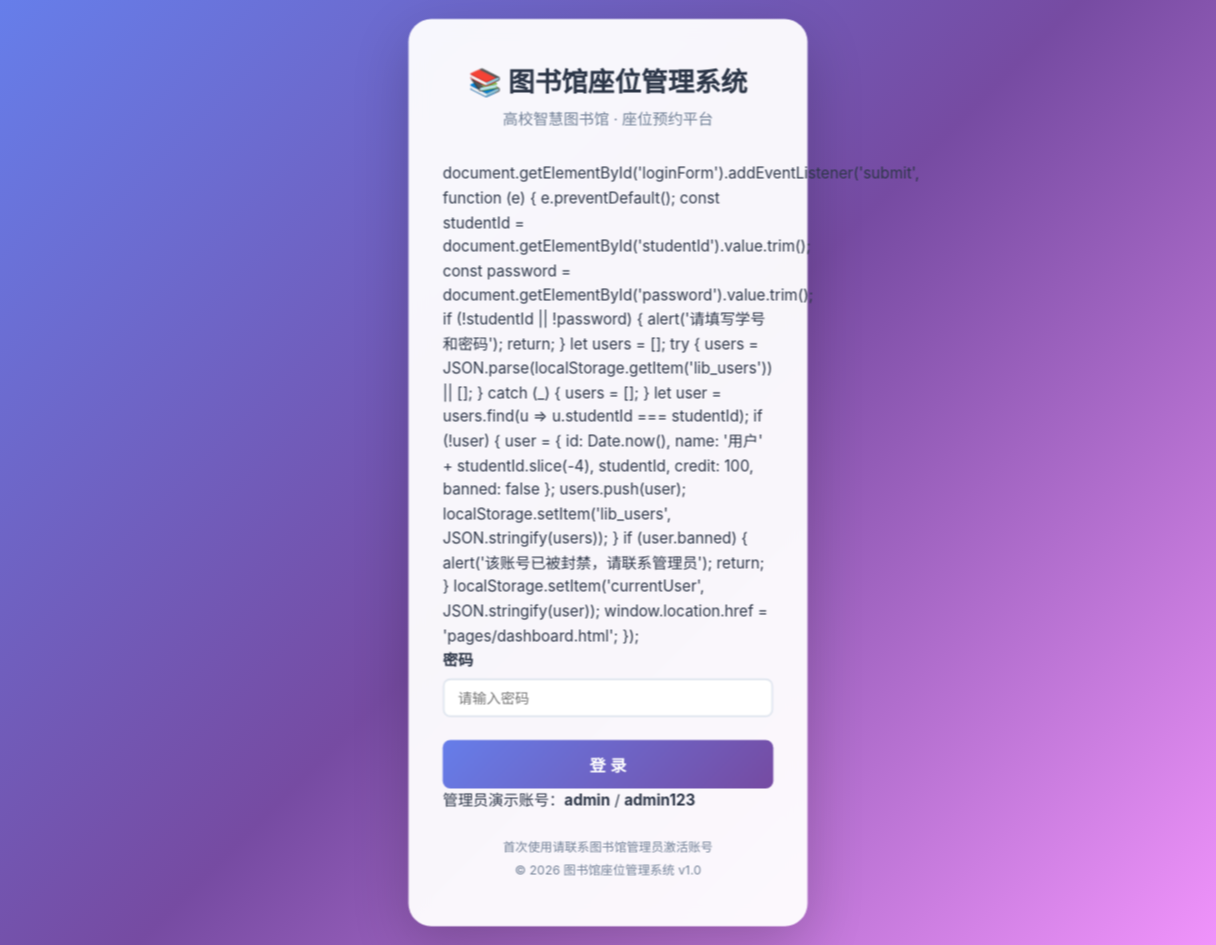
Repository: kinyono/library_seat_system
Page: index.html
An editor plug-in stored every save of this project. The page is shown before and after the next save, followed by the edit.
The browser window is 1280 px wide. The pictures show the whole page, at 95% of full size.

Above is the page before, as saved 2026-09-14 23:38:45.

### index.html
<!DOCTYPE html>
<html lang="zh-CN">
<head>
    <meta charset="UTF-8">
    <meta name="viewport" content="width=device-width, initial-scale=1.0">
    <title>图书馆座位管理系统 - 登录</title>
    <link rel="stylesheet" href="css/style.css">
    <link rel="stylesheet" href="css/login.css">
</head>
<body>
    <div class="login-container">
        <div class="login-card">
            <h1>📚 图书馆座位管理系统</h1>
            <p class="subtitle">高校智慧图书馆 · 座位预约平台</p>
            <form id="loginForm">
               document.getElementById('loginForm').addEventListener('submit', function (e) {
  e.preventDefault();
  const studentId = document.getElementById('studentId').value.trim();
  const password = document.getElementById('password').value.trim();
  if (!studentId || !password) {
    alert('请填写学号和密码');
    return;
  }

  let users = [];
  try { users = JSON.parse(localStorage.getItem('lib_users')) || []; } catch (_) { users = []; }
  let user = users.find(u => u.studentId === studentId);
  if (!user) {
    user = { id: Date.now(), name: '用户' + studentId.slice(-4), studentId, credit: 100, banned: false };
    users.push(user);
    localStorage.setItem('lib_users', JSON.stringify(users));
  }
  if (user.banned) {
    alert('该账号已被封禁，请联系管理员');
    return;
  }

  localStorage.setItem('currentUser', JSON.stringify(user));
  window.location.href = 'pages/dashboard.html';
});

                <div class="form-group">
                    <label for="password">密码</label>
                    <input type="password" id="password" class="form-control" placeholder="请输入密码" required>
                </div>
                <button type="submit" class="btn-login">登 录</button>
             <p class="login-tip">管理员演示账号：<b>admin</b> / <b>admin123</b></p>
            </form>
            <div class="footer-info">
                <p>首次使用请联系图书馆管理员激活账号</p>
                <p>© 2026 图书馆座位管理系统 v1.0</p>
            </div>
        </div>
    </div>
    <script src="js/app.js"></script>
</body>
</html>

### css/style.css
/* ========== Design Tokens ========== */
:root {
  --primary: #667eea;
  --primary-dark: #5a67d8;
  --secondary: #764ba2;
  --success: #48bb78;
  --warning: #ed8936;
  --danger: #f56565;
  --info: #4299e1;
  --bg-light: #f7fafc;
  --bg-white: #ffffff;
  --text-primary: #2d3748;
  --text-secondary: #718096;
  --border-color: #e2e8f0;
  --shadow-sm: 0 1px 3px rgba(0,0,0,0.08);
  --shadow-md: 0 4px 16px rgba(0,0,0,0.12);
  --shadow-lg: 0 10px 40px rgba(0,0,0,0.15);
  --radius-sm: 8px;
  --radius-md: 12px;
  --radius-lg: 24px;
  --transition: all 0.25s ease;
}

* { margin: 0; padding: 0; box-sizing: border-box; }

body {
  font-family: -apple-system, BlinkMacSystemFont, 'Segoe UI', Roboto, 'Helvetica Neue', Arial, sans-serif;
  background: var(--bg-light);
  color: var(--text-primary);
  line-height: 1.6;
}

/* ========== 通用按钮 ========== */
.btn {
  display: inline-flex; align-items: center; justify-content: center;
  gap: 6px; padding: 10px 24px;
  border: none; border-radius: var(--radius-sm);
  font-size: 15px; font-weight: 600; cursor: pointer;
  transition: var(--transition);
}
.btn-primary { background: linear-gradient(135deg, var(--primary), var(--secondary)); color: #fff; }
.btn-primary:hover { transform: translateY(-2px); box-shadow: var(--shadow-md); }
.btn-success { background: var(--success); color: #fff; }
.btn-warning { background: var(--warning); color: #fff; }
.btn-danger { background: var(--danger); color: #fff; }
.btn-outline { background: transparent; border: 2px solid var(--primary); color: var(--primary); }
.btn-outline:hover { background: var(--primary); color: #fff; }

/* ========== 表单通用 ========== */
.form-group { margin-bottom: 16px; }
.form-group label { display: block; margin-bottom: 6px; font-weight: 600; color: var(--text-primary); }
.form-control {
  width: 100%; padding: 10px 14px;
  border: 2px solid var(--border-color); border-radius: var(--radius-sm);
  font-size: 15px; transition: var(--transition);
}
.form-control:focus { outline: none; border-color: var(--primary); box-shadow: 0 0 0 3px rgba(102,126,234,0.2); }

/* ========== 卡片 ========== */
.card {
  background: var(--bg-white); border-radius: var(--radius-md);
  box-shadow: var(--shadow-sm); padding: 24px;
  transition: var(--transition);
}
.card:hover { box-shadow: var(--shadow-md); }

/* ========== 弹窗（模态框） ========== */
.modal-overlay {
  position: fixed; inset: 0; z-index: 9999;
  background: rgba(0,0,0,0.5);
  display: flex; align-items: center; justify-content: center;
  animation: fadeIn 0.2s ease;
}
.modal-card {
  background: var(--bg-white); border-radius: var(--radius-md);
  padding: 32px; min-width: 380px; max-width: 90vw;
  box-shadow: var(--shadow-lg); animation: slideUp 0.3s ease;
}
@keyframes fadeIn { from { opacity: 0; } to { opacity: 1; } }
@keyframes slideUp { from { transform: translateY(30px); opacity: 0; } to { transform: translateY(0); opacity: 1; } }

/* ========== 表格 ========== */
.table-wrapper { overflow-x: auto; }
table {
  width: 100%; border-collapse: collapse;
  background: var(--bg-white); border-radius: var(--radius-sm); overflow: hidden;
}
th, td { padding: 12px 16px; text-align: left; border-bottom: 1px solid var(--border-color); }
th { background: #edf2f7; font-weight: 700; color: var(--text-primary); }
tr:hover { background: #f7fafc; }

/* ========== 选项卡 ========== */
.tabs {
  display: flex; gap: 4px; margin-bottom: 24px;
  background: var(--bg-white); padding: 6px; border-radius: var(--radius-sm);
  box-shadow: var(--shadow-sm);
}
.tab-btn {
  flex: 1; padding: 10px 20px; border: none; background: transparent;
  border-radius: var(--radius-sm); font-size: 15px; font-weight: 600; cursor: pointer;
  color: var(--text-secondary); transition: var(--transition);
}
.tab-btn.active { background: var(--primary); color: #fff; box-shadow: var(--shadow-sm); }
.tab-btn:hover:not(.active) { background: #edf2f7; }
.tab-content { display: none; }
.tab-content.active { display: block; }

### css/login.css
.login-container {
  min-height: 100vh;
  display: flex; align-items: center; justify-content: center;
  background: linear-gradient(135deg, #667eea 0%, #764ba2 50%, #f093fb 100%);
  padding: 20px;
}
.login-card {
  background: rgba(255,255,255,0.95);
  backdrop-filter: blur(10px);
  border-radius: var(--radius-lg);
  padding: 44px 36px;
  width: 420px; max-width: 100%;
  box-shadow: 0 20px 60px rgba(0,0,0,0.2);
  text-align: center;
}
.login-card h1 { font-size: 28px; margin-bottom: 4px; color: var(--text-primary); }
.login-card .subtitle { color: var(--text-secondary); margin-bottom: 32px; }
.login-card form { text-align: left; }
.login-card .btn-login {
  width: 100%; padding: 13px;
  background: linear-gradient(135deg, var(--primary), var(--secondary));
  color: #fff; border: none; border-radius: var(--radius-sm);
  font-size: 17px; font-weight: 700; cursor: pointer;
  transition: var(--transition); margin-top: 8px;
}
.login-card .btn-login:hover { transform: translateY(-3px); box-shadow: var(--shadow-md); }
.login-card .footer-info { margin-top: 26px; color: var(--text-secondary); font-size: 13px; }
.login-card .footer-info p { margin: 4px 0; }

### js/app.js
document.getElementById('loginForm').addEventListener('submit', function (e) {
  e.preventDefault();

  const role = document.querySelector('input[name="role"]:checked').value;
  const account = document.getElementById('studentId').value.trim();
  const password = document.getElementById('password').value.trim();

  if (!account || !password) {
    alert('请填写账号和密码');
    return;
  }

  // ----- 管理员登录（硬编码演示）-----
  if (role === 'admin') {
    if (account === 'admin' && password === 'admin123') {
      const adminUser = {
        id: 0,
        name: '管理员',
        studentId: 'admin',
        credit: 100,
        banned: false,
        role: 'admin'
      };
      localStorage.setItem('currentUser', JSON.stringify(adminUser));
      window.location.href = 'admin.html'; // 直接进后台
    } else {
      alert('管理员账号或密码错误');
    }
    return;
  }

  // ----- 学生登录（原有逻辑）-----
  let users = [];
  try { users = JSON.parse(localStorage.getItem('lib_users')) || []; } catch (_) { users = []; }
  let user = users.find(u => u.studentId === account);
  if (!user) {
    user = {
      id: Date.now(),
      name: '用户' + account.slice(-4),
      studentId: account,
      credit: 100,
      banned: false,
      role: 'student'
    };
    users.push(user);
    localStorage.setItem('lib_users', JSON.stringify(users));
  }
  if (user.banned) {
    alert('该账号已被封禁，请联系管理员');
    return;
  }

  localStorage.setItem('currentUser', JSON.stringify(user));
  window.location.href = 'pages/dashboard.html';
});

After the next save:
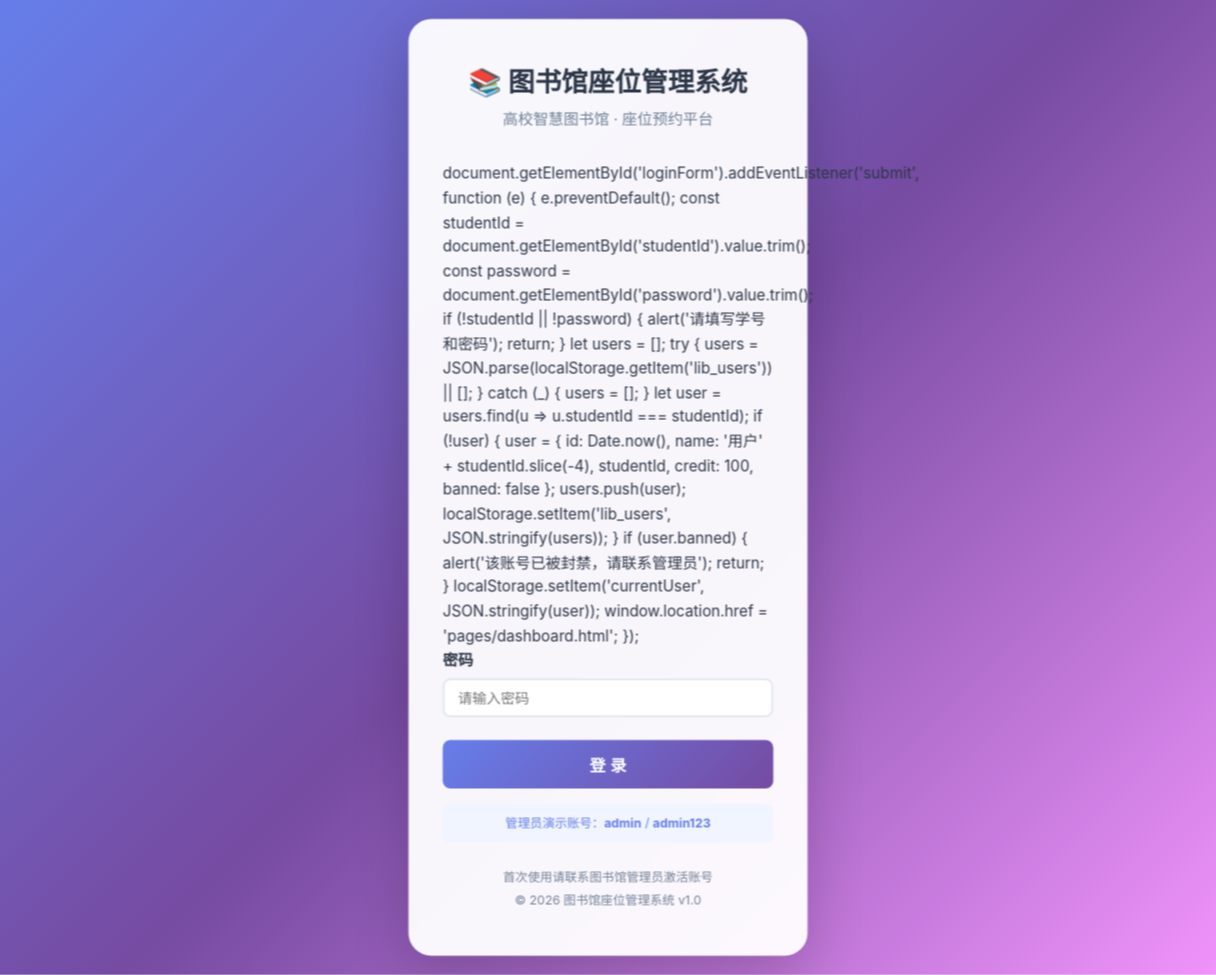
Saved 6 s later.
--- a/css/login.css
+++ b/css/login.css
@@ -26,3 +26,39 @@
 .login-card .btn-login:hover { transform: translateY(-3px); box-shadow: var(--shadow-md); }
 .login-card .footer-info { margin-top: 26px; color: var(--text-secondary); font-size: 13px; }
 .login-card .footer-info p { margin: 4px 0; }
+/* ========== 角色切换 ========== */
+.role-switch {
+  display: flex;
+  gap: 12px;
+  margin-top: 4px;
+}
+.role-option {
+  flex: 1;
+  text-align: center;
+  padding: 10px 0;
+  border: 2px solid var(--border-color);
+  border-radius: var(--radius-sm);
+  cursor: pointer;
+  transition: var(--transition);
+  background: var(--bg-white);
+}
+.role-option input { display: none; }
+.role-option span { font-weight: 600; font-size: 15px; }
+.role-option:has(input:checked) {
+  background: linear-gradient(135deg, var(--primary), var(--secondary));
+  color: #fff;
+  border-color: transparent;
+}
+.role-option:hover:not(:has(input:checked)) {
+  border-color: var(--primary);
+}
+
+.login-tip {
+  margin-top: 16px;
+  padding: 10px;
+  background: #f0f5ff;
+  border-radius: var(--radius-sm);
+  font-size: 13px;
+  color: var(--primary);
+  text-align: center;
+}
